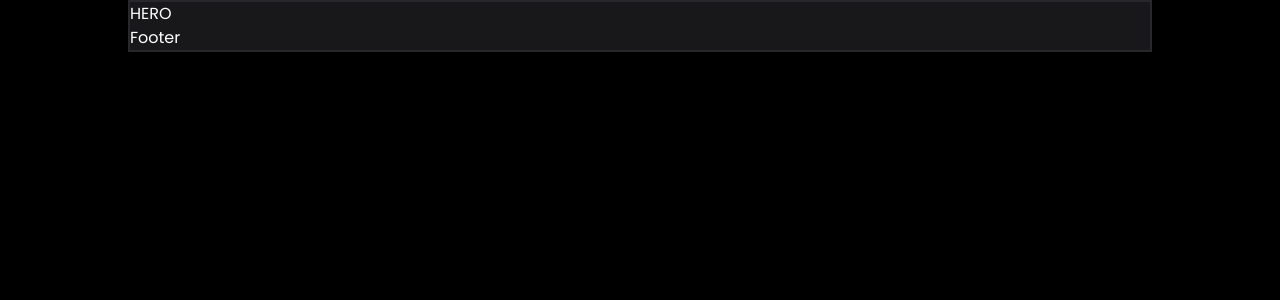
Repository: Wafaabahgat/Portfolio
Page: /
These files come from the project's save history. The page is drawn as it stood at one moment and after the next save; the edit follows.
The browser window is 1280 px wide. The pictures show the whole page.
The project was rebuilt for these pictures with package versions that can differ from the ones it lists, and the page was loaded fresh each time. Also part of the build but not shown: vite.config.ts, src/App.css, src/ErrorPage.tsx.

Above is the page before, as saved 2023-12-07 02:48:32.

### index.html
<!DOCTYPE html>
<html lang="en">
  <head>
    <meta charset="UTF-8" />
    <link rel="icon" type="image/svg+xml" href="/vite.svg" />
    <meta name="viewport" content="width=device-width, initial-scale=1.0" />
    <link rel="preconnect" href="https://fonts.googleapis.com" />
    <link rel="preconnect" href="https://fonts.gstatic.com" crossorigin />
    <link
      href="https://fonts.googleapis.com/css2?family=Poppins:wght@200;300;400;500;600;700;800&display=swap"
      rel="stylesheet"
    />
    <title>My Portfilio</title>
  </head>
  <body>
    <div id="root"></div>
    <script type="module" src="/src/main.tsx"></script>
  </body>
</html>

### src/main.tsx
import { RouterProvider } from "react-router-dom";
import ReactDOM from "react-dom/client";
import "./index.css";
import router from "./App";

ReactDOM.createRoot(document.getElementById("root")!).render(
  <RouterProvider router={router} />
);

### src/index.css
@tailwind base;
@tailwind components;
@tailwind utilities;

* {
  font-family: "Poppins", sans-serif;
}

:root {
  --primary: #000;
  --secondary: rgb(24 24 27);
  --border: rgb(63, 63, 70, 0.4);
}
.light {
  --primary: #fff;
}

body {
  background-color: var(--primary);
  color: #fff;
}

html {
  /* max-width: 2000px; */
  margin: 0;
  padding: 0;
}

.container {
  width: 80%;
  margin-left: auto;
  margin-right: auto;
  background-color: var(--secondary);
  border: 2px solid var(--border);
}

.line {
  border: 1px solid var(--border);
  margin: 1rem 0;
}

### src/App.tsx
import "./App.css";
import { createBrowserRouter } from "react-router-dom";
// import Root from "@pages/root";
import Root from "./pages/root";

import { Home } from "./pages/index";
import ErrorPage from "./ErrorPage";

const router = createBrowserRouter([
  {
    path: "/",
    element: <Root />,
    errorElement: <ErrorPage />,
    children: [
      {
        index: true,
        path: "/",
        element: <Home />,
      },
    ],
  },
]);

export default router;

### src/pages/root.tsx
import { Outlet } from "react-router-dom";
import Header from "../components/layouts/Header";
import Footer from "../components/layouts/Footer";

const Root = () => {
  return (
    <div className="container">
      <Header />
      <Outlet />
      <Footer />
    </div>
  );
};

export default Root;

### src/components/layouts/Header.tsx
import { FC } from "react";
import { useLocation,Link } from "react-router-dom";
import { cn } from "../../utils";

interface HeaderProps {}

const links = [
  //   {
  //     link: "/",
  //     name: "about",
  //   },
  //   {
  //     link: "/services",
  //     name: "services",
  //   },
  //   {
  //     link: "/blog",
  //     name: "projects",
  //   },
  //   {
  //     link: "/about-us",
  //     name: "speaking",
  //   },
  //   {
  //     link: "/about-us",
  //     name: "contact",
  //   },
];

const Header: FC<HeaderProps> = () => {
  const { pathname } = useLocation();

  return (
    <>
      <div>
        <div>
          <nav>
            {links?.map((e, i) => (
              <Link
                key={i}
                to={e?.link}
                className={cn(
                  pathname === e?.link
                    ? "text-main-light font-semibold"
                    : "text-main",
                  "capitalize text-[18px] whitespace-nowrap"
                )}
              >
                {e?.name}
              </Link>
            ))}
          </nav>
        </div>
      </div>
    </>
  );
};

export default Header;

### src/components/layouts/Footer.tsx
import { FC } from "react";

interface FooterProps {}

const Footer: FC<FooterProps> = () => {
  return (
    <>
      <div>Footer</div>
    </>
  );
};

export default Footer;

### src/pages/Home.tsx
import { FC } from "react";
import Hero from "../components/home/Hero";

interface HomeProps {}

const Home: FC<HomeProps> = () => {
  return (
    <>
      <div>
        <Hero />
      </div>
    </>
  );
};

export default Home;

### src/components/home/Hero.tsx
import { FC } from "react";

interface HeroProps {}

const Hero: FC<HeroProps> = () => {
  return (
    <>
      <div>HERO</div>
    </>
  );
};

export default Hero;

### tailwind.config.js
/** @type {import('tailwindcss').Config} */
export default {
  content: ["./index.html", "./src/**/*.{js,ts,jsx,tsx}"],
  darkMode: "class",
  theme: {
    extend: {
      colors: {
        main: "#252466",
        "main-light": "#3873FF",
        "sub-dark": "#252466",
        "main-dark": "#41427D",
        "text-color": "#FCFCFC",
        "text-gray": "#667085",
        "text-primary": "#9795B5",
      },
      // gridTemplateColumns: {
      //   prod: "repeat(auto-fit, minmax(130px, 1fr))",
      //   plog: "repeat(auto-fit, minmax(300px, 1fr))",
      // },
    },
  },
  plugins: [],
};

Loaded but not shown: src/pages/index.ts (common file); src/utils.ts (common file)

After the next save:
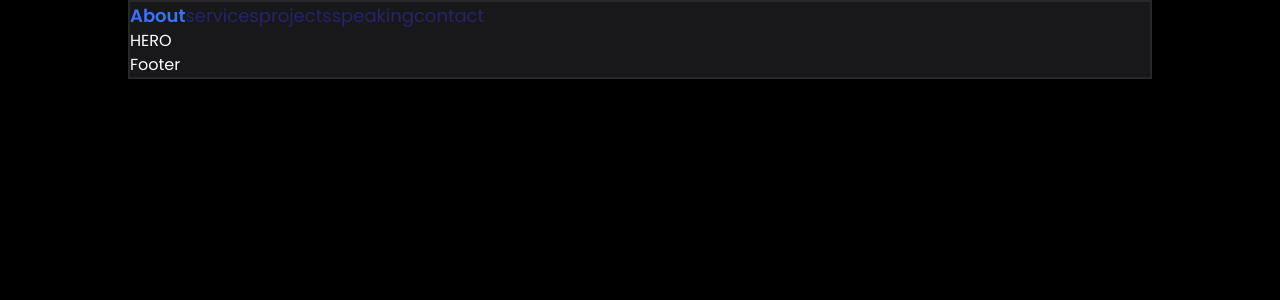
Saved 33 s later.
--- a/src/components/layouts/Header.tsx
+++ b/src/components/layouts/Header.tsx
@@ -5,26 +5,26 @@ import { cn } from "../../utils";
 interface HeaderProps {}
 
 const links = [
-  //   {
-  //     link: "/",
-  //     name: "about",
-  //   },
-  //   {
-  //     link: "/services",
-  //     name: "services",
-  //   },
-  //   {
-  //     link: "/blog",
-  //     name: "projects",
-  //   },
-  //   {
-  //     link: "/about-us",
-  //     name: "speaking",
-  //   },
-  //   {
-  //     link: "/about-us",
-  //     name: "contact",
-  //   },
+    {
+      link: "/",
+      name: "about",
+    },
+    {
+      link: "/services",
+      name: "services",
+    },
+    {
+      link: "/blog",
+      name: "projects",
+    },
+    {
+      link: "/about-us",
+      name: "speaking",
+    },
+    {
+      link: "/about-us",
+      name: "contact",
+    },
 ];
 
 const Header: FC<HeaderProps> = () => {
